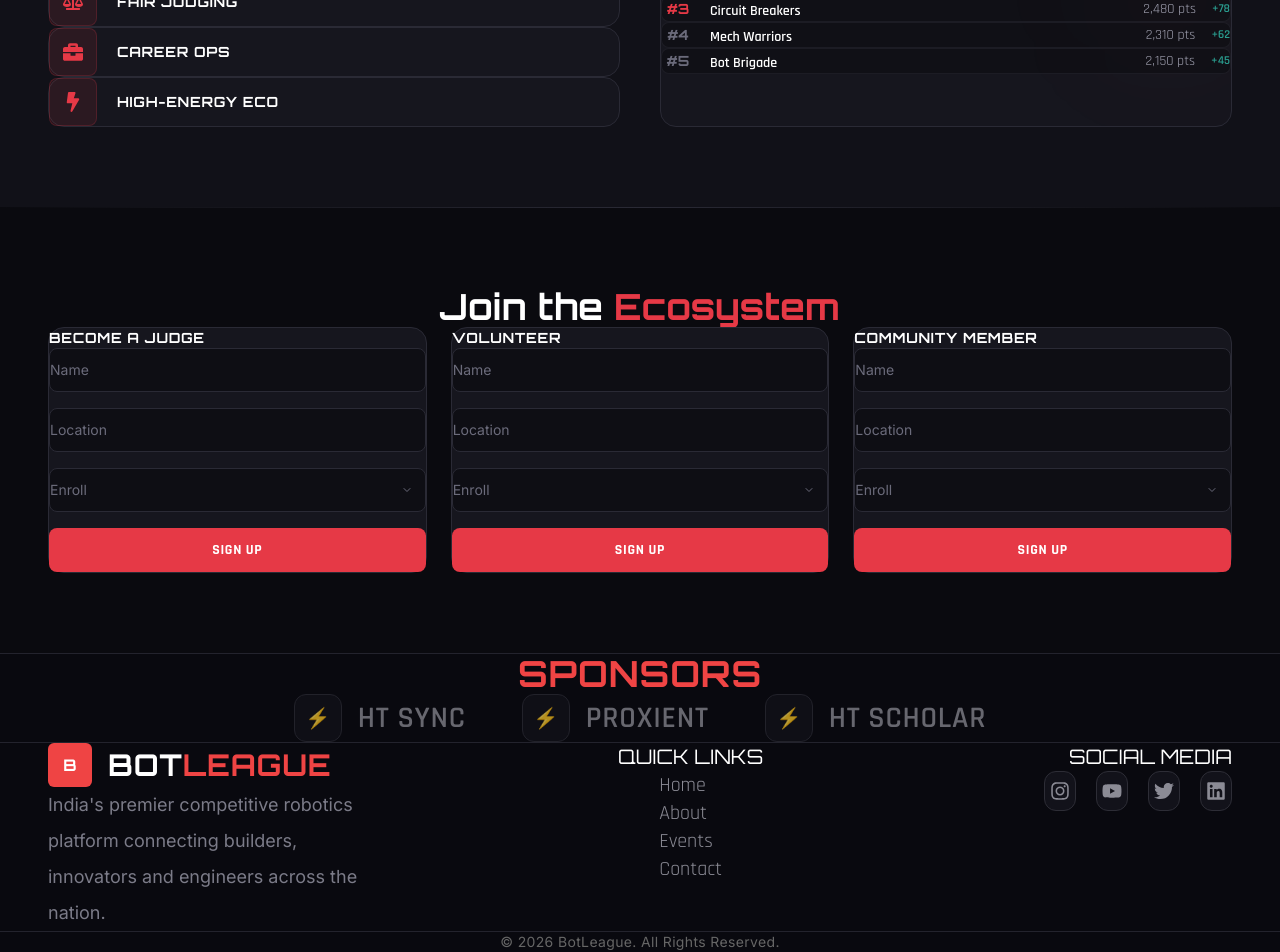
Repository: Debkumar04/botmakers-ai-shopping-assistant
Page: /
An editor plug-in stored every save of this project. The page is shown before and after the next save, followed by the edit.
The browser window is 1280 px wide. The pictures show the part of the page from y = 3022 to 3974 px (the page is 3974 px tall).
The project was rebuilt for these pictures with package versions that can differ from the ones it lists, and the page was loaded fresh each time. Also part of the build but not shown: vite.config.ts.

Above is the page before, as saved 2026-07-24 09:46:28.

### index.html
<!doctype html>
<html lang="en">
  <head>
    <meta charset="UTF-8" />
    <link rel="icon" type="image/svg+xml" href="/vite.svg" />
    <meta name="viewport" content="width=device-width, initial-scale=1.0" />
    <meta name="description" content="BotLeague - India's Ultimate Robotics Arena. Build, Compete, and Rise in the world of competitive robotics." />
    <title>BotLeague - India's Ultimate Robotics Arena</title>
    <link rel="preconnect" href="https://fonts.googleapis.com" />
    <link rel="preconnect" href="https://fonts.gstatic.com" crossorigin />
    <link href="https://fonts.googleapis.com/css2?family=Orbitron:wght@400;500;600;700;800;900&family=Rajdhani:wght@300;400;500;600;700&family=Inter:wght@300;400;500;600;700&display=swap" rel="stylesheet" />
  </head>
  <body>
    <div id="root"></div>
    <script type="module" src="/src/main.tsx"></script>
  </body>
</html>

### src/index.css
@import "tailwindcss";

@theme {
  --font-orbitron: "Orbitron", sans-serif;
  --font-rajdhani: "Rajdhani", sans-serif;
  --font-inter: "Inter", sans-serif;
  --color-bg-primary: #0a0a0f;
  --color-bg-secondary: #111118;
  --color-bg-card: #16161e;
  --color-bg-card-hover: #1e1e28;
  --color-accent: #e63946;
  --color-accent-dark: #b71c2a;
  --color-accent-glow: rgba(230, 57, 70, 0.3);
  --color-text-primary: #ffffff;
  --color-text-secondary: #a0a0b0;
  --color-text-muted: #6b6b7b;
  --color-border: #2a2a35;
  --color-border-accent: #e63946;
}

* {
  margin: 0;
  padding: 0;
  box-sizing: border-box;
}

body {
  font-family: "Inter", sans-serif;
  background-color: #0a0a0f;
  color: #ffffff;
  overflow-x: hidden;
}

::-webkit-scrollbar {
  width: 6px;
}

::-webkit-scrollbar-track {
  background: #0a0a0f;
}

::-webkit-scrollbar-thumb {
  background: #e63946;
  border-radius: 3px;
}

::selection {
  background: rgba(230, 57, 70, 0.4);
  color: #ffffff;
}

.page-container {
  max-width: 1280px;
  margin-left: auto;
  margin-right: auto;
  padding-left: 20px;
  padding-right: 20px;
}

@media (min-width: 768px) {
  .page-container {
    padding-left: 32px;
    padding-right: 32px;
  }
}

@media (min-width: 1024px) {
  .page-container {
    padding-left: 48px;
    padding-right: 48px;
  }
}

.section-py {
  padding-top: 48px;
  padding-bottom: 48px;
}

@media (min-width: 768px) {
  .section-py {
    padding-top: 64px;
    padding-bottom: 64px;
  }
}

@media (min-width: 1024px) {
  .section-py {
    padding-top: 80px;
    padding-bottom: 80px;
  }
}

.btn-primary {
  height: 44px;
  padding-left: 24px;
  padding-right: 24px;
  border-radius: 10px;
  transition: all 300ms cubic-bezier(0.4, 0, 0.2, 1);
}

.btn-primary:hover {
  transform: translateY(-2px);
}

.btn-secondary {
  height: 44px;
  padding-left: 24px;
  padding-right: 24px;
  border-radius: 10px;
  transition: all 300ms cubic-bezier(0.4, 0, 0.2, 1);
}

.btn-secondary:hover {
  transform: translateY(-2px);
}

.card-base {
  border-radius: 16px;
  border-color: #2a2a35;
  transition: all 300ms cubic-bezier(0.4, 0, 0.2, 1);
}

.page-container {
    max-width: 1280px;
    margin-inline: auto;
    padding-inline: 48px;
}

@media (max-width: 1024px) {
  .page-container {
    padding-inline: 32px;
  }
}

@media (max-width: 768px) {
  .page-container {
    padding-inline: 20px;
  }
}

### src/App.tsx
import Navbar from "./components/layout/Navbar";
import Footer from "./components/layout/Footer";
import Hero from "./components/sections/Hero";
import Competitions from "./components/sections/Competitions";
import PathToLeague from "./components/sections/PathToLeague";
import WhatIsBotLeague from "./components/sections/WhatIsBotLeague";
import Categories from "./components/sections/Categories";
import Disciplines from "./components/sections/Disciplines";
import WhyRegister from "./components/sections/WhyRegister";
import JoinEcosystem from "./components/sections/JoinEcosystem";

export default function App() {
  return (
    <div className="min-h-screen bg-[#0a0a0f]">
      <Navbar />
      <main>
        <Hero />
        <Competitions />
        <PathToLeague />
        <WhatIsBotLeague />
        <Categories />
        <Disciplines />
        <WhyRegister />
        <JoinEcosystem />
      </main>
      <Footer />
    </div>
  );
}

### src/components/layout/Footer.tsx
import { FOOTER_LINKS, SPONSORS } from "../../constants/data";
import { FaInstagram, FaYoutube, FaTwitter, FaLinkedin } from "react-icons/fa";

const socialIcons: Record<string, React.ReactNode> = {
  Instagram: <FaInstagram />,
  YouTube: <FaYoutube />,
  Twitter: <FaTwitter />,
  LinkedIn: <FaLinkedin />,
};

export default function Footer() {
  return (
    <footer className="bg-[#09090F] border-t border-[#23232d] mt-6">
      {/* Sponsors */}
      <div className="mt-6">
        <div className="page-container mt-20">
          <h2 className="font-[Orbitron] text-center text-4xl font-bold uppercase tracking-wide">
            <span className="text-[#ef4444]">Sponsors</span>
          </h2>

          <div className="mt-10 flex flex-wrap justify-center items-center gap-14">
            {SPONSORS.map((sponsor) => (
              <div
                key={sponsor.name}
                className="flex items-center gap-4 opacity-70 hover:opacity-100 transition duration-300"
              >
                <div className="w-12 h-12 rounded-xl border border-[#2d2d36] bg-[#12121a] flex items-center justify-center">
                  <span className="text-[#ef4444] text-xl">⚡</span>
                </div>

                <span className="font-[Rajdhani] text-3xl font-semibold text-[#8f8f98] uppercase tracking-wide">
                  {sponsor.logo}
                </span>
              </div>
            ))}
          </div>
        </div>
      </div>

      {/* Divider */}

      <div className="mt-16 border-t border-[#23232d]" />

      {/* Footer */}

      <div className="page-container py-16">
        <div className="grid grid-cols-1 lg:grid-cols-12 gap-8 items-start">
          {/* Left */}

          <div className="lg:col-span-5">
            <div className="flex items-center gap-4 mb-8">
              <div className="w-11 h-11 rounded-md bg-[#ef4444] flex items-center justify-center">
                <span className="font-[Orbitron] text-white font-bold">B</span>
              </div>

              <h2 className="font-[Orbitron] text-3xl font-bold tracking-wide">
                <span className="text-white">BOT</span>
                <span className="text-[#ef4444]">LEAGUE</span>
              </h2>
            </div>

            <p className="max-w-[320px] text-[#7b7b88] text-lg leading-9">
              India's premier competitive robotics platform connecting builders,
              innovators and engineers across the nation.
            </p>
          </div>

          {/* Center */}

          <div className="lg:col-span-3 flex flex-col items-center">
            <h3 className="font-[Orbitron] text-white uppercase text-xl mb-8">
              Quick Links
            </h3>

            <ul className="space-y-5">
              {FOOTER_LINKS.quickLinks.map((item) => (
                <li key={item.label}>
                  <a
                    href={item.href}
                    className="text-[#8b8b95] text-xl font-[Rajdhani] hover:text-[#ef4444] transition"
                  >
                    {item.label}
                  </a>
                </li>
              ))}
            </ul>
          </div>

          {/* Right */}

          <div className="lg:col-span-4 flex flex-col items-end">
            <h3 className="font-[Orbitron] text-white uppercase text-xl mb-8">
              Social Media
            </h3>

            <div className="flex gap-5">
              {FOOTER_LINKS.socialMedia.map((item) => (
                <a
                  key={item.label}
                  href={item.href}
                  className="w-8 h-10 rounded-xl border border-[#2d2d36] bg-[#12121a] flex items-center justify-center text-[#8b8b95] text-xl hover:border-[#ef4444] hover:text-[#ef4444] transition-all duration-300"
                >
                  {socialIcons[item.label]}
                </a>
              ))}
            </div>
          </div>
        </div>
      </div>

      {/* Copyright */}

      <div className="border-t border-[#23232d]">
        <div className="page-container py-6 text-center">
          <p className="text-[#666] text-sm tracking-wide">
            © 2026 BotLeague. All Rights Reserved.
          </p>
        </div>
      </div>
    </footer>
  );
}

### src/components/sections/Hero.tsx
export default function Hero() {
  return (
    <section className="relative min-h-screen flex items-center overflow-hidden">
      <div className="absolute inset-0 z-0">
        <img
          src="https://images.unsplash.com/photo-1485827404703-89b55fcc595e?w=1920&h=1080&fit=crop"
          alt="Robotics Arena"
          className="w-full h-full object-cover opacity-30"
        />
        <div className="absolute inset-0 bg-gradient-to-r from-[#0a0a0f] via-[#0a0a0f]/80 to-transparent" />
        <div className="absolute inset-0 bg-gradient-to-t from-[#0a0a0f] via-transparent to-[#0a0a0f]/60" />
        <div className="absolute top-0 right-0 w-1/2 h-full bg-gradient-to-l from-[#e63946]/10 to-transparent" />
        <div className="absolute bottom-0 left-1/4 w-96 h-96 bg-[#e63946]/5 rounded-full blur-[120px]" />
      </div>

      <div className="relative z-10 page-container py-12 flex flex-col justify-center min-h-[calc(100vh-80px)]">
        <div className="max-w-[600px] mx-auto text-center flex flex-col items-center">
          <div className="inline-flex items-center gap-2 px-4 py-1.5 bg-[#e63946]/10 border border-[#e63946]/30 rounded-full mb-[20px]">
            <span className="w-2 h-2 bg-[#e63946] rounded-full animate-pulse" />
            <span className="font-[Rajdhani] text-[#e63946] text-xs font-semibold uppercase tracking-widest">
              Season 2026 Live
            </span>
          </div>

          <h1 className="font-[Orbitron] text-4xl sm:text-5xl md:text-6xl lg:text-7xl font-black text-white leading-[1.1] mb-[24px]">
            INDIA&apos;S ULTIMATE{" "}
            <span className="text-[#e63946]">ROBOTICS</span>{" "}
            <span className="block">ARENA</span>
          </h1>

          <p className="font-[Rajdhani] text-lg md:text-xl text-[#a0a0b0] font-medium mb-[36px] leading-relaxed">
            Build. Compete. Rise. The Nation&apos;s
            <br />
            Premier Robotics Platform for Builders.
          </p>

          <div className="flex flex-wrap gap-[16px] justify-center items-center">
            <a
              href="#events"
              className="group relative inline-flex items-center justify-center gap-2 px-[24px] h-[44px] bg-[#e63946] font-[Rajdhani] text-white text-base font-bold uppercase tracking-wider rounded-[10px] overflow-hidden transition-all duration-300 hover:bg-[#b71c2a] hover:-translate-y-[2px] hover:shadow-[0_0_30px_rgba(230,57,70,0.4)]"
            >
              <span className="relative z-10">Join Now</span>
              <span className="relative z-10 group-hover:translate-x-1 transition-transform">→</span>
            </a>
            <a
              href="#about"
              className="inline-flex items-center justify-center gap-2 px-[24px] h-[44px] border border-[#2a2a35] font-[Rajdhani] text-white text-base font-bold uppercase tracking-wider rounded-[10px] hover:border-[#e63946]/50 hover:bg-[#e63946]/5 hover:-translate-y-[2px] transition-all duration-300"
            >
              Explore
            </a>
          </div>
        </div>
      </div>

      <div className="absolute bottom-0 left-0 w-full h-px bg-gradient-to-r from-transparent via-[#e63946]/50 to-transparent" />
    </section>
  );
}

### src/components/sections/PathToLeague.tsx
import { PATH_STEPS } from "../../constants/data";
import SectionHeading from "../ui/SectionHeading";
import { FaWrench, FaTrophy, FaStar, FaChartLine, FaCrown } from "react-icons/fa";

const iconMap: Record<string, React.ReactNode> = {
  wrench: <FaWrench />,
  trophy: <FaTrophy />,
  star: <FaStar />,
  "trending-up": <FaChartLine />,
  crown: <FaCrown />,
};

export default function PathToLeague() {
  return (
    <section className="section-py bg-[#111118] relative">
      <div className="absolute top-0 left-0 w-full h-px bg-gradient-to-r from-transparent via-[#2a2a35] to-transparent" />

      <div className="page-container">
        <SectionHeading tag="Getting Started" title="Your Path to" highlight="the League" />

        {/* Timeline — max-width 1200px, centered */}
        <div className="mt-10 mx-auto relative" style={{ maxWidth: "1200px" }}>

          {/* Horizontal connector line — runs center-to-center of first and last circle.
              Each of 5 equal cols is 20% wide; circle center sits at 10% and 90%. */}
          <div
            className="hidden lg:block absolute h-px bg-gradient-to-r from-[#e63946]/20 via-[#e63946]/40 to-[#e63946]/20"
            style={{ top: "40px", left: "10%", right: "10%" }}
          />

          {/* Five steps — equal columns, no extra gap on desktop */}
          <div className="grid grid-cols-2 sm:grid-cols-3 lg:grid-cols-5 gap-6 lg:gap-0">
            {PATH_STEPS.map((step, index) => (
              <div
                key={step.title}
                className="flex flex-col items-center text-center group"
              >
                {/* Circle — 80px, badge 24px */}
                <div className="relative shrink-0">
                  <div className="w-[80px] h-[80px] rounded-full bg-[#16161e] border-2 border-[#2a2a35] flex items-center justify-center text-2xl text-[#e63946] group-hover:border-[#e63946] group-hover:shadow-[0_0_20px_rgba(230,57,70,0.3)] transition-all duration-300">
                    {iconMap[step.icon]}
                  </div>
                  <span className="absolute -top-1.5 -right-1.5 w-[24px] h-[24px] bg-[#e63946] rounded-full flex items-center justify-center text-white text-xs font-[Rajdhani] font-bold">
                    {index + 1}
                  </span>
                </div>

                {/* Heading — 16px below circle */}
                <h3 className="font-[Orbitron] text-xs font-bold text-white uppercase tracking-wider mt-[16px]">
                  {step.title}
                </h3>

                {/* Description — 8px below heading */}
                <p className="font-[Inter] text-[#6b6b7b] text-xs leading-relaxed mt-[8px]">
                  {step.description}
                </p>
              </div>
            ))}
          </div>
        </div>
      </div>
    </section>
  );
}

### src/components/sections/WhatIsBotLeague.tsx
import { FEATURES } from "../../constants/data";
import SectionHeading from "../ui/SectionHeading";

export default function WhatIsBotLeague() {
  return (
    <section id="about" className="section-py bg-[#0a0a0f] relative">
      <div className="absolute top-0 left-0 w-full h-px bg-gradient-to-r from-transparent via-[#2a2a35] to-transparent" />

      <div className="page-container">
        <SectionHeading title="What is" highlight="BotLeague?" />

        {/* gap-[24px], equal-height rows via items-stretch */}
        <div className="grid grid-cols-1 sm:grid-cols-2 gap-[24px] mt-12">
          {FEATURES.map((feature) => (
            <div
              key={feature.title}
              className="group flex items-start gap-4 p-[20px] bg-[#16161e] border border-[#2a2a35] rounded-[16px] hover:border-[#e63946]/30 transition-all duration-300 h-full"
            >
              {/* Number box — shrink-0 keeps it from squishing, no vertical stretch */}
              <div className="shrink-0 w-10 h-10 bg-[#e63946]/10 border border-[#e63946]/20 rounded-lg flex items-center justify-center">
                <span className="font-[Orbitron] text-[#e63946] text-base font-bold">
                  {feature.number}
                </span>
              </div>

              {/* Text block — heading top-aligns with the number box */}
              <div className="min-w-0">
                <h3 className="font-[Orbitron] text-sm font-bold text-white uppercase tracking-wider">
                  {feature.title}
                </h3>
                <p className="font-[Inter] text-[#6b6b7b] text-sm leading-relaxed mt-2 max-w-[90%]">
                  {feature.description}
                </p>
              </div>
            </div>
          ))}
        </div>
      </div>
    </section>
  );
}

### src/components/sections/Categories.tsx
import { CATEGORIES } from "../../constants/data";
import SectionHeading from "../ui/SectionHeading";

export default function Categories() {
  return (
    <section id="categories" className="section-py bg-[#111118] relative">
      <div className="absolute top-0 left-0 w-full h-px bg-gradient-to-r from-transparent via-[#2a2a35] to-transparent" />

      <div className="page-container">
        <SectionHeading title="CATEGORIES" />

        <div className="grid grid-cols-2 lg:grid-cols-4 gap-[24px] mt-12">
          {CATEGORIES.map((category) => (
            <div
              key={category.title}
              className="group relative p-[24px] bg-[#16161e] border border-[#2a2a35] rounded-[16px] flex flex-col items-center text-center hover:border-opacity-60 transition-all duration-300 overflow-hidden h-full"
              style={{
                ["--cat-color" as string]: category.color,
              }}
            >
              <div
                className="absolute inset-0 opacity-0 group-hover:opacity-100 transition-opacity duration-500"
                style={{
                  background: `radial-gradient(circle at center, ${category.color}08 0%, transparent 70%)`,
                }}
              />
              <div className="relative z-10 flex flex-col items-center w-full">
                <div
                  className="w-16 h-16 shrink-0 rounded-2xl flex items-center justify-center text-3xl border"
                  style={{
                    backgroundColor: `${category.color}15`,
                    borderColor: `${category.color}30`,
                  }}
                >
                  {category.icon}
                </div>
                <h3 className="font-[Orbitron] text-sm font-bold text-white uppercase tracking-wider mt-[20px]">
                  {category.title}
                </h3>
                <p className="font-[Rajdhani] text-[#6b6b7b] text-sm font-medium mt-[10px]">
                  {category.age}
                </p>
              </div>
            </div>
          ))}
        </div>
      </div>
    </section>
  );
}

### src/components/sections/Disciplines.tsx
import { DISCIPLINES } from "../../constants/data";
import SectionHeading from "../ui/SectionHeading";

export default function Disciplines() {
  return (
    <section id="disciplines" className="section-py bg-[#0a0a0f] relative">
      <div className="absolute top-0 left-0 w-full h-px bg-gradient-to-r from-transparent via-[#2a2a35] to-transparent" />

      <div className="page-container">
        <SectionHeading tag="Events" title="Competition" highlight="Disciplines" />

        <div className="grid grid-cols-2 sm:grid-cols-3 lg:grid-cols-5 gap-[24px] mt-12">
          {DISCIPLINES.map((discipline) => (
            <div
              key={discipline.title}
              className="group relative rounded-[16px] overflow-hidden aspect-[16/10] sm:aspect-[4/5] cursor-pointer card-base border border-[#2a2a35] h-full"
            >
              <img
                src={discipline.image}
                alt={discipline.title}
                className="w-full h-full object-cover group-hover:scale-110 transition-transform duration-500"
              />
              <div className="absolute inset-0 bg-gradient-to-t from-[#0a0a0f] via-[#0a0a0f]/40 to-transparent" />
              <div className="absolute inset-0 bg-[#e63946]/0 group-hover:bg-[#e63946]/10 transition-colors duration-300" />
              <div className="absolute bottom-0 left-0 right-0 p-[16px]">
                <h3 className="font-[Orbitron] text-xs sm:text-sm font-bold text-white uppercase tracking-wider">
                  {discipline.title}
                </h3>
              </div>
              <div className="absolute top-3 right-3 w-8 h-8 bg-[#e63946]/80 rounded-full flex items-center justify-center opacity-0 group-hover:opacity-100 transition-opacity duration-300">
                <span className="text-white text-xs">→</span>
              </div>
            </div>
          ))}
        </div>
      </div>
    </section>
  );
}

### src/components/ui/SectionHeading.tsx
interface SectionHeadingProps {
  tag?: string;
  title: string;
  highlight?: string;
  centered?: boolean;
}

export default function SectionHeading({
  tag,
  title,
  highlight,
  centered = true,
}: SectionHeadingProps) {
  return (
    <div className={centered ? "text-center" : ""}>
      {tag && (
        <span className="inline-block font-[Rajdhani] text-[#e63946] text-xs font-semibold uppercase tracking-[0.3em] mb-2">
          {tag}
        </span>
      )}
      <h2 className="font-[Orbitron] text-2xl md:text-3xl lg:text-4xl font-bold text-white">
        {title}{" "}
        {highlight && <span className="text-[#e63946]">{highlight}</span>}
      </h2>
    </div>
  );
}

Loaded but not shown: src/main.tsx (common file); src/constants/data.ts (189 lines, source omitted); src/components/layout/Navbar.tsx (115 lines, source omitted); src/components/sections/WhyRegister.tsx (91 lines, source omitted); src/components/sections/Competitions.tsx (95 lines, source omitted); src/components/sections/JoinEcosystem.tsx (75 lines, source omitted)

After the next save:
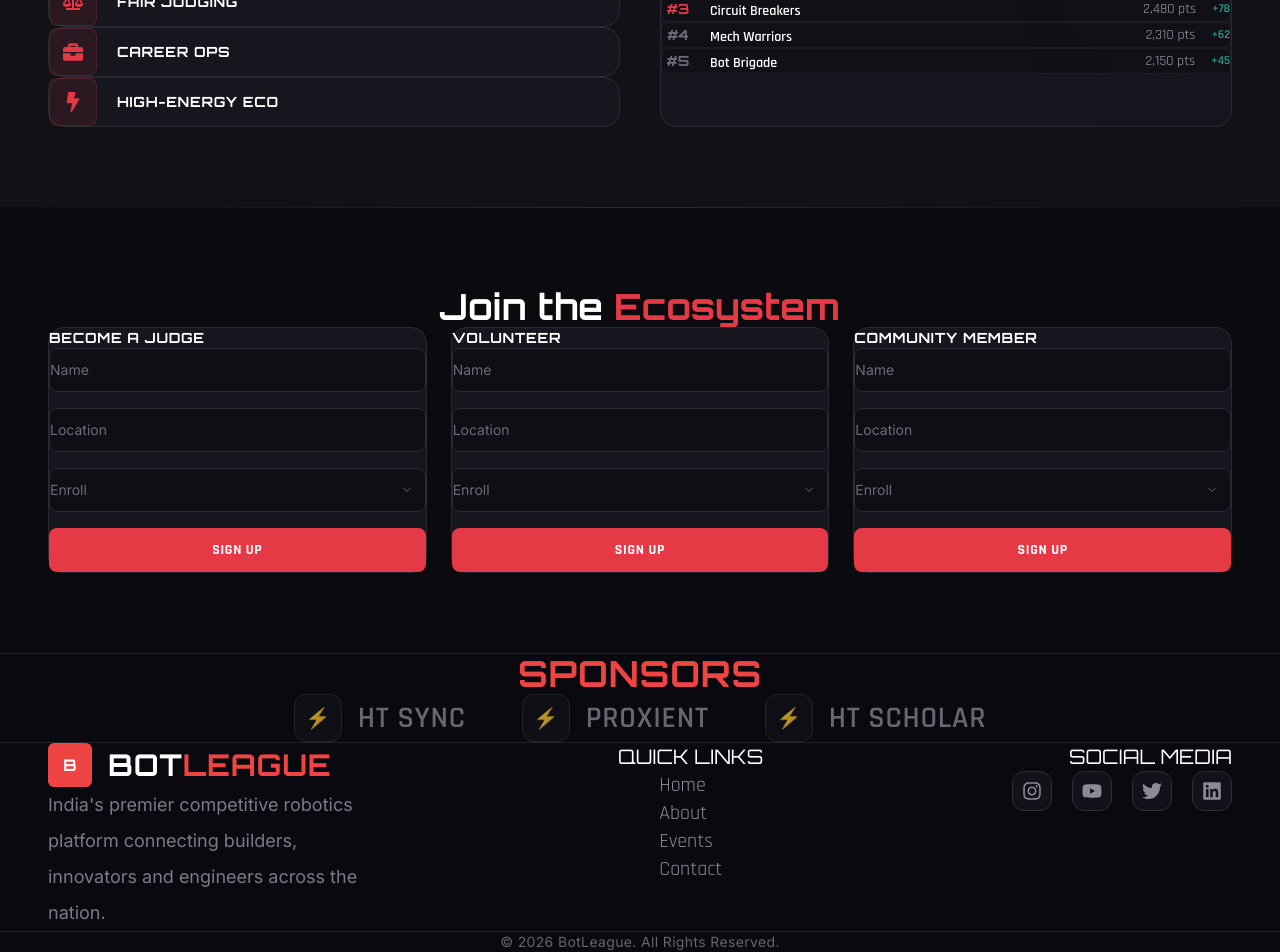
Saved 5 s later.
--- a/src/components/layout/Footer.tsx
+++ b/src/components/layout/Footer.tsx
@@ -98,7 +98,7 @@ export default function Footer() {
                 <a
                   key={item.label}
                   href={item.href}
-                  className="w-8 h-10 rounded-xl border border-[#2d2d36] bg-[#12121a] flex items-center justify-center text-[#8b8b95] text-xl hover:border-[#ef4444] hover:text-[#ef4444] transition-all duration-300"
+                  className="w-10 h-10 rounded-xl border border-[#2d2d36] bg-[#12121a] flex items-center justify-center text-[#8b8b95] text-xl hover:border-[#ef4444] hover:text-[#ef4444] transition-all duration-300"
                 >
                   {socialIcons[item.label]}
                 </a>
